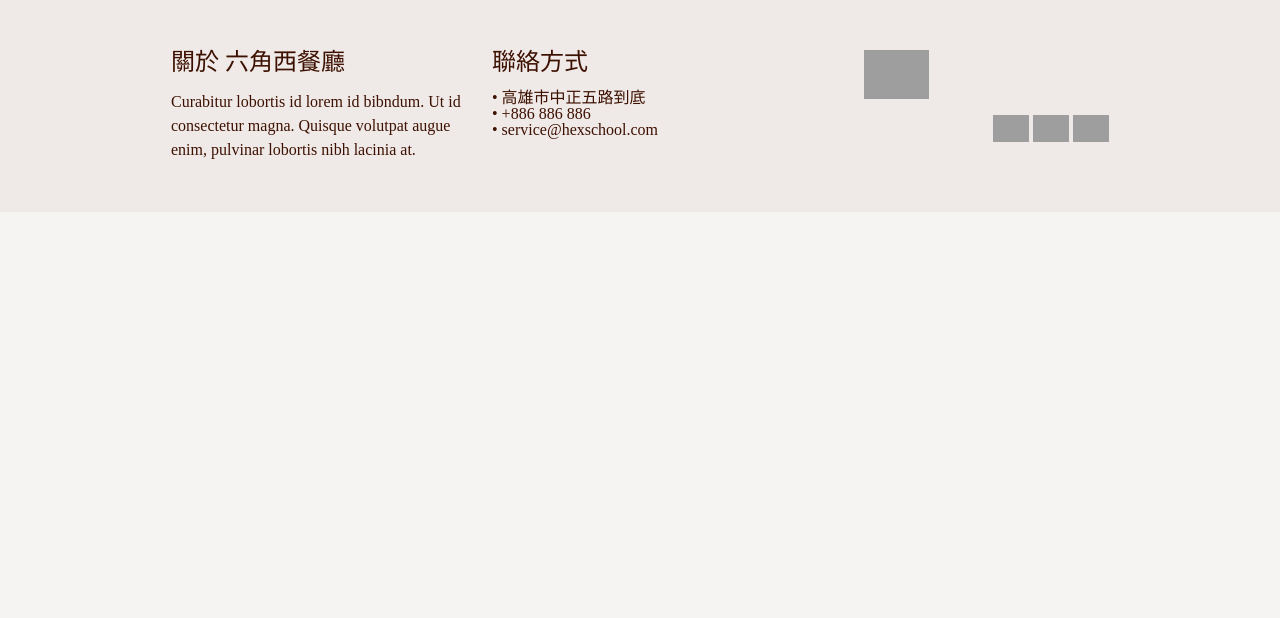
Repository: newstarellie/RWD-Sass-page
Page: layout.html
The author's editor kept a copy of each file at every save. The page is drawn from the files as they stood at one save, then again after the next save.
The browser window is 1280 px wide. The pictures show the whole page.
Pictures or frames that could not be fetched are drawn as grey boxes. Some web libraries are served in a nearby version.

Above is the page before, as saved 2022-06-16 14:57:25.

After the next save:
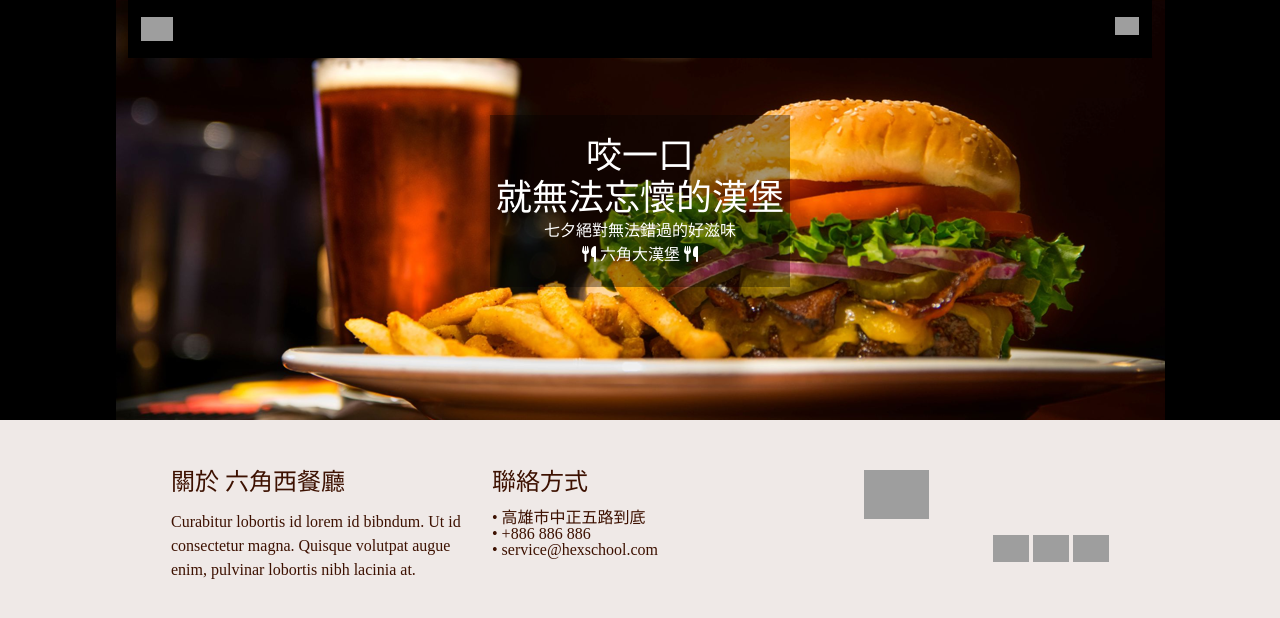
Saved 5 s later.
--- a/layout.html
+++ b/layout.html
@@ -13,7 +13,31 @@
   </head>
 
   <body>
-
+    <header>
+      <div class="container">
+        <nav>
+          <h1><a href="">六角西餐廳</a></h1>
+          <div>
+            <a href="#"></a>
+            <ul class="show-menu">
+              <li><a href=" #">特色</a></li>
+              <li><a href="#">主廚</a></li>
+              <li><a href="#">地圖</a></li>
+            </ul>
+          </div>
+        </nav>
+        <div class="filter">
+          <h2>咬一口<br>
+            就無法忘懷的漢堡</h2>
+          <p>七夕絕對無法錯過的好滋味</p>
+          <p>
+            <i class="fa-solid fa-utensils"></i>
+            六角大漢堡
+            <i class="fa-solid fa-utensils"></i>
+          </p>
+        </div>
+      </div>
+    </header>
 
     <footer>
       <div class="container">
